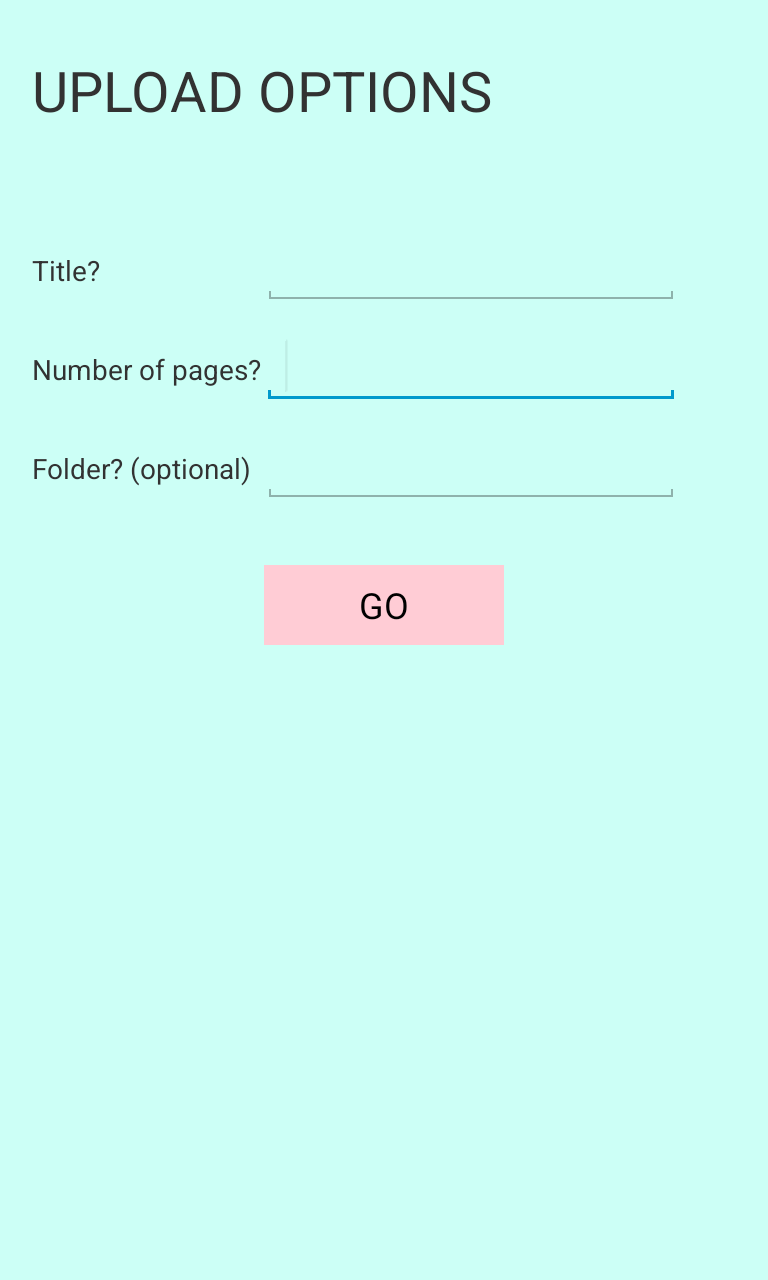
Repository: nick11roberts/Moka-Scanr
Layout: Document Uploader/res/layout/activity_options.xml
An editor plug-in stored every save of this project. The layout is shown before and after the next save, followed by the edit.
It is drawn on a 768 x 1280 px phone screen (xhdpi) without system bars, with theme android:Theme.Holo.Light.NoActionBar; the app's code is not run. The app's manifest (not shown) leaves right-to-left support off. So textAlignment, textDirection and layoutDirection are ignored, and left and right values win over start and end ones.

Above is the layout before, as saved 2014-05-30 21:55:13.

After the next save:
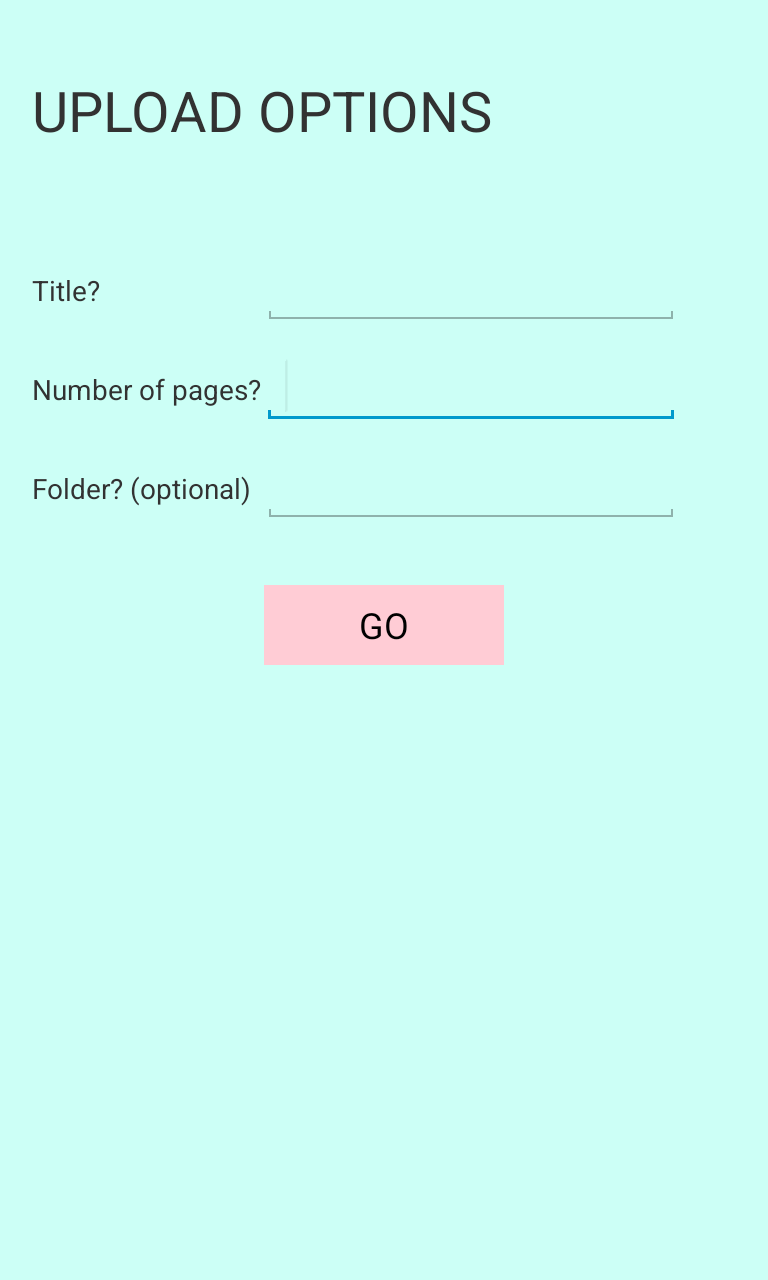
Saved 17 s later.
--- a/Document Uploader/res/layout/activity_options.xml
+++ b/Document Uploader/res/layout/activity_options.xml
@@ -15,7 +15,7 @@
         android:layout_width="match_parent"
         android:layout_height="wrap_content"
         android:paddingBottom="30dp"
-        android:paddingTop="10dp"
+        android:paddingTop="20dp"
         android:text="@string/options_heading"
         android:textAlignment="center"
         android:textAllCaps="true"
